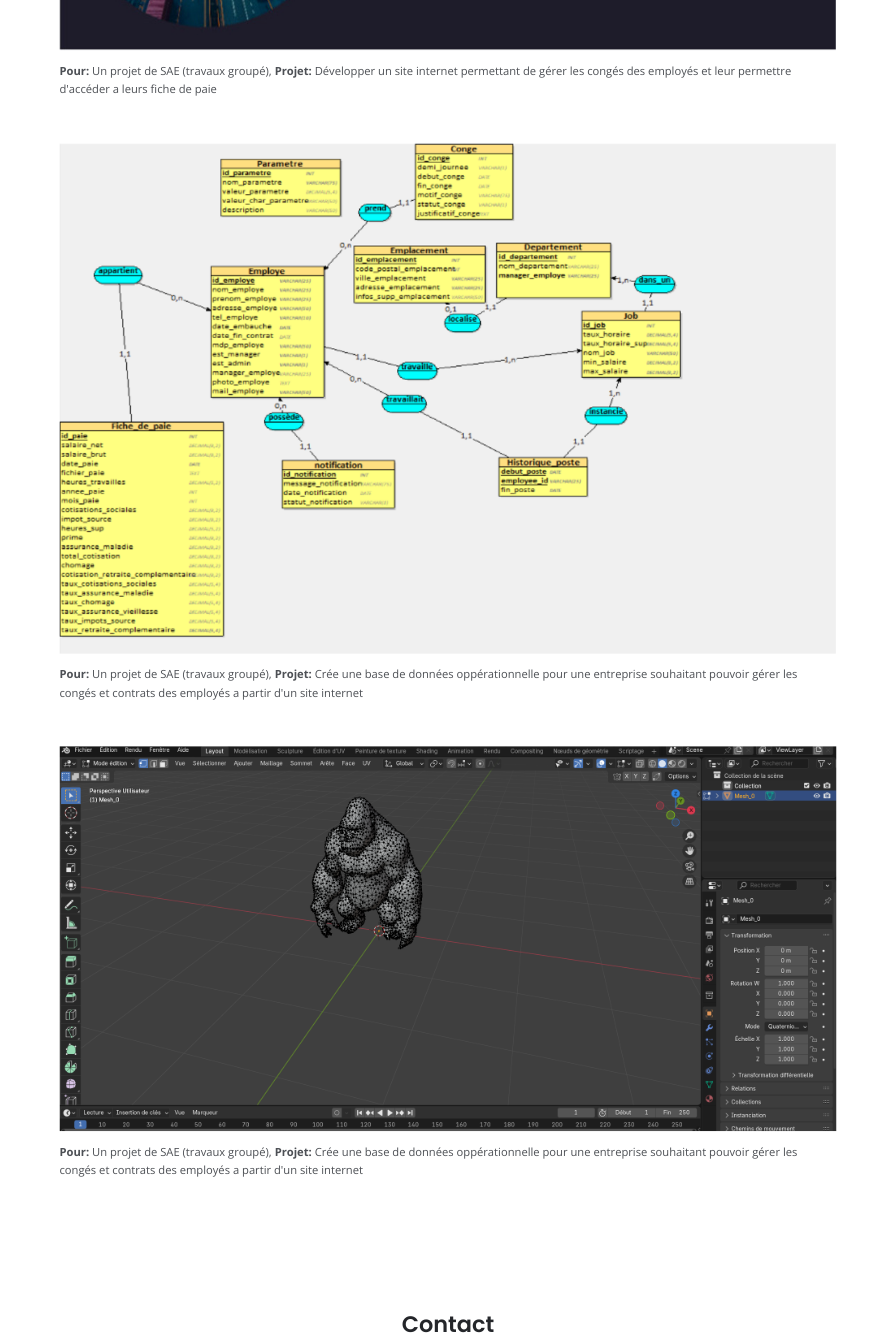
Repository: J2S80000/Portfolio
Page: index.html
The author's editor kept a copy of each file at every save. The page is drawn from the files as they stood at one save, then again after the next save.
The browser window is 1280 px wide. The pictures show the part of the page from y = 4580 to 6500 px (the page is 8199 px tall), at 70% of full size.

Above is the page before, as saved 2025-05-12 23:02:48.

After the next save:
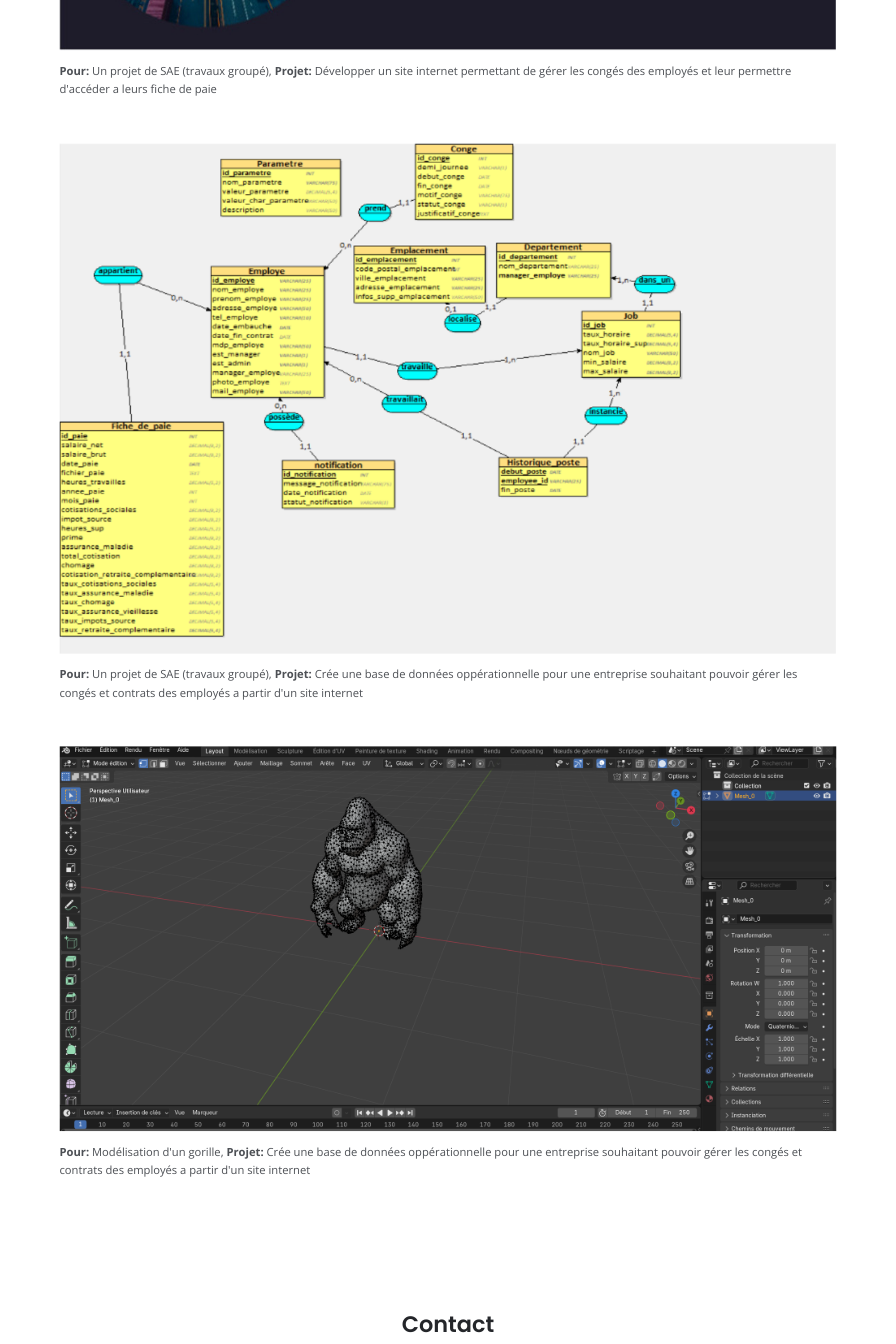
Saved 17 s later.
--- a/index.html
+++ b/index.html
@@ -250,7 +250,7 @@
                                 <img class="img-fluid" src="images/gorille.png" alt="alternative">
                             </a>
                         </div> <!-- end of image-container -->
-                        <p><strong>Pour:</strong> Un projet de SAE (travaux groupé), <strong>Projet:</strong> Crée une base de données oppérationnelle pour une entreprise souhaitant pouvoir gérer les congés et contrats des employés a partir d'un site internet</p>
+                        <p><strong>Pour:</strong> Modélisation d'un gorille, <strong>Projet:</strong> Crée une base de données oppérationnelle pour une entreprise souhaitant pouvoir gérer les congés et contrats des employés a partir d'un site internet</p>
 
                 </div> <!-- end of col -->
             </div> <!-- end of row -->
